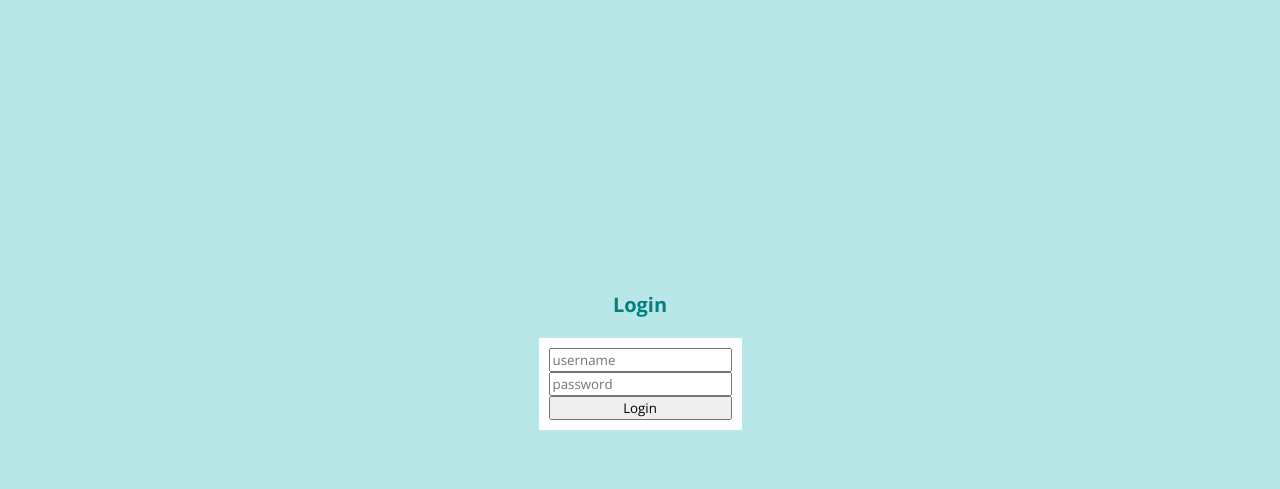
Repository: juansesu3/Blog-Full-Stack
Page: /login (app in client/blog/)
An editor plug-in stored every save of this project. The page is shown before and after a run of saves, followed by the edit.
The browser window is 1280 px wide. The pictures show the whole page.
The project was rebuilt for these pictures with package versions that can differ from the ones it lists, and the page was loaded fresh each time. Also part of the build but not shown: client/blog/vite.config.js, client/blog/src/pages/Register.jsx, client/blog/src/pages/Single.jsx, client/blog/src/pages/Write.jsx, client/blog/src/pages/Home.jsx, client/blog/src/components/Navbar.jsx, client/blog/src/components/Footer.jsx.

Above is the page before, as saved 2023-04-18 13:38:03.

### client/blog/index.html
<!DOCTYPE html>
<html lang="en">

<head>
  <meta charset="UTF-8" />
  <link rel="icon" type="image/svg+xml" href="/vite.svg" />
  <link href="https://fonts.googleapis.com/css2?family=Open+Sans:wght@300;400;500;600;700;800&display=swap"
    rel="stylesheet" />
  <meta name="viewport" content="width=device-width, initial-scale=1.0" />
  <title>Blog</title>

</head>

<body>
  <div id="root"></div>
  <script type="module" src="/src/main.jsx"></script>
</body>

</html>

### client/blog/src/App.jsx
import {
  createBrowserRouter,
  Outlet,
  RouterProvider,
} from "react-router-dom";
import Register from "./pages/Register";
import Login from "./pages/Login";
import Single from "./pages/Single";
import Write from "./pages/Write";
import Home from "./pages/Home"
import Navbar from "./components/Navbar"
import Footer from "./components/Footer"
import "./style.scss"

const Layout = () => {

  return(
    <>
    <Navbar/>
    <Outlet/>
    <Footer/>
    </>
  )
}

const router = createBrowserRouter([
  {
    path: "/",
    element:<Layout/>,
    children:[
      {
        path:"/",
        element:<Home/>
      },
      {
        path:"/post/:id",
        element:<Single/>
      },
      {
        path:"/write",
        element:<Write/>
      }
    ]
  },
  {
    path: "/register",
    element: <Register />,
  },
  {
    path: "/login",
    element: <Login />,
  }
]);

function App() {
  return (
    <div className="app">
      <div className="container">
      <RouterProvider router={router} />
      </div>
    </div>
  )
}



export default App

### client/blog/src/pages/Login.jsx
import React from 'react'

const Login = () => {
  return (
    <div className='auth'>
      <h1>Login</h1>
      <form>
        <input type="text" placeholder='username' />
        <input type="password" placeholder='password' />
        <button>Login</button>
      </form>
      </div>
  )
}

export default Login

### client/blog/src/style.scss
* {
    box-sizing: border-box;
    font-family: "Open Sans", sans-serif;
    margin: 0;
    box-sizing: border-box;
  }

$lightGreen: #b9e7e7;
.app{
    .container{
        //LOGIN & REGISTER
        .auth{
            display: flex;
            flex-direction: column;
            align-items: center;
            justify-content: center;
            height: 100vh;
            background-color: $lightGreen;
        }
        h1{
            font-size: 20px;
            color:teal;
            margin-bottom: 20px;
        }
        form{
            display: flex;
            flex-direction: column;
            padding: 10px;
            background-color: white;


        }

    }
}

Loaded but not shown: client/blog/src/main.jsx (common file)

After the next 6 saves:
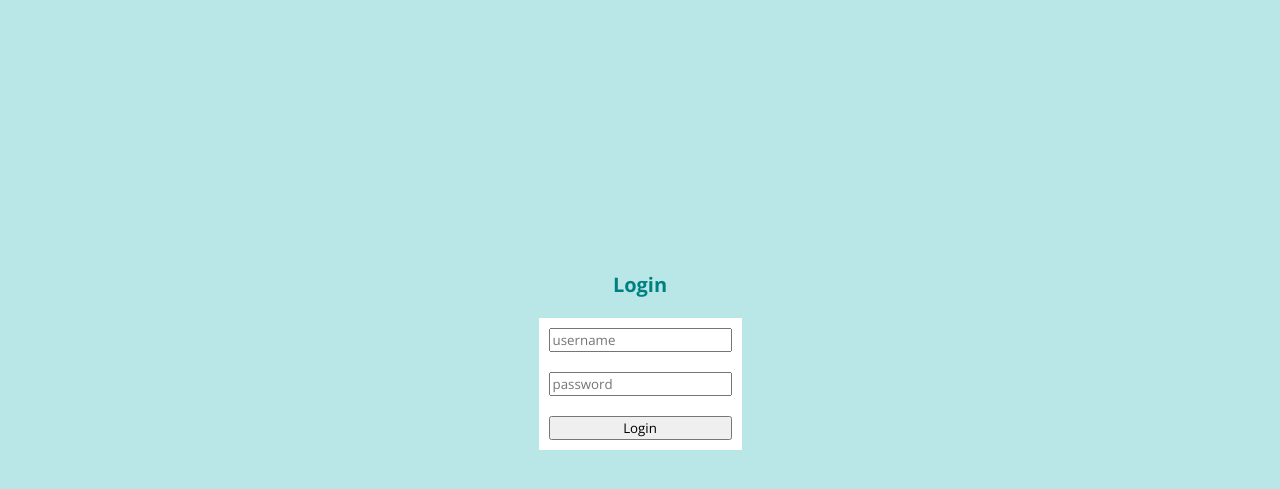
The 6 saves are shown as one change because they came seconds apart.
The last was saved 19 s later.
--- a/client/blog/src/style.scss
+++ b/client/blog/src/style.scss
@@ -27,6 +27,8 @@ $lightGreen: #b9e7e7;
             flex-direction: column;
             padding: 10px;
             background-color: white;
+            gap: 20px;
+
 
 
         }
